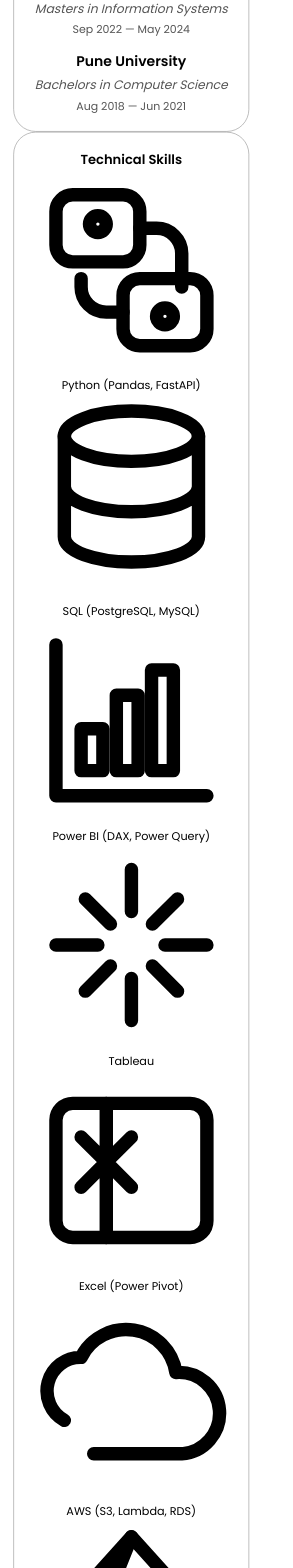
Repository: Komal-A99/komal-albhar
Page: index.html
An editor plug-in stored every save of this project. The page is shown before and after the next save, followed by the edit.
The browser window is 375 px wide. The page is 419 px wide, so the pictures cover 419 px, including what lies to the right of the window. The pictures show the part of the page from y = 995 to 3235 px (the page is 9809 px tall before and 6817 px after), at 70% of full size.

Above is the page before, as saved 2025-08-26 14:39:03.

After the next save:
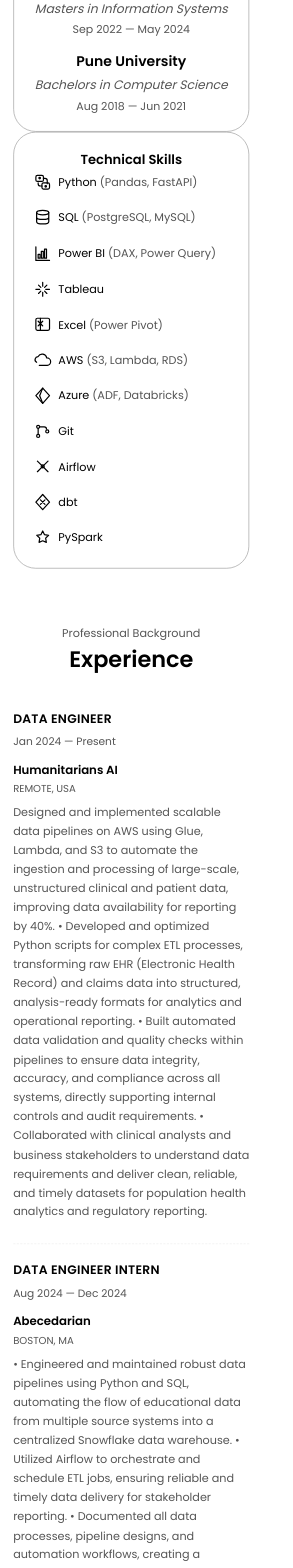
Saved 39 s later.
--- a/style.css
+++ b/style.css
@@ -332,12 +332,23 @@
   width: 400px;
   margin: auto 0;
 }
-/* Education list formatting */
+/* Education formatting */
 .edu-list { display: flex; flex-direction: column; gap: 1.2rem; align-items: center; }
 .edu-item { display: flex; flex-direction: column; align-items: center; gap: .35rem; }
-.edu-school { font-weight: 700; font-size: 1.25rem; }      /* slightly bigger */
+.edu-school { font-weight: 700; font-size: 1.25rem; }     /* slightly bigger than degree line */
 .edu-degree { font-style: italic; font-size: 1.1rem; color: rgb(85,85,85); }
 .edu-dates  { font-size: .98rem; color: rgb(85,85,85); }
+
+/* Technical Skills: keep layout, just center heading */
+#about .skills-card .card-title { text-align: center; }
+
+/* (Keep your previous skills layout; include if not already present) */
+.skills-grid { display: grid; grid-template-columns: 1fr 1fr; gap: .85rem 1.25rem; text-align: left; }
+.skill { display: flex; align-items: center; gap: .6rem; padding: .35rem .25rem; }
+.skill .logo { width: 26px; height: 26px; display: inline-flex; align-items: center; justify-content: center; }
+.skill .muted { color: rgb(85,85,85); font-weight: 400; }
+@media (max-width: 600px) { .skills-grid { grid-template-columns: 1fr; } }
+
 
 /* Center only the Technical Skills heading (keep everything else the same) */
 #about .skills-card .card-title { text-align: center; }
